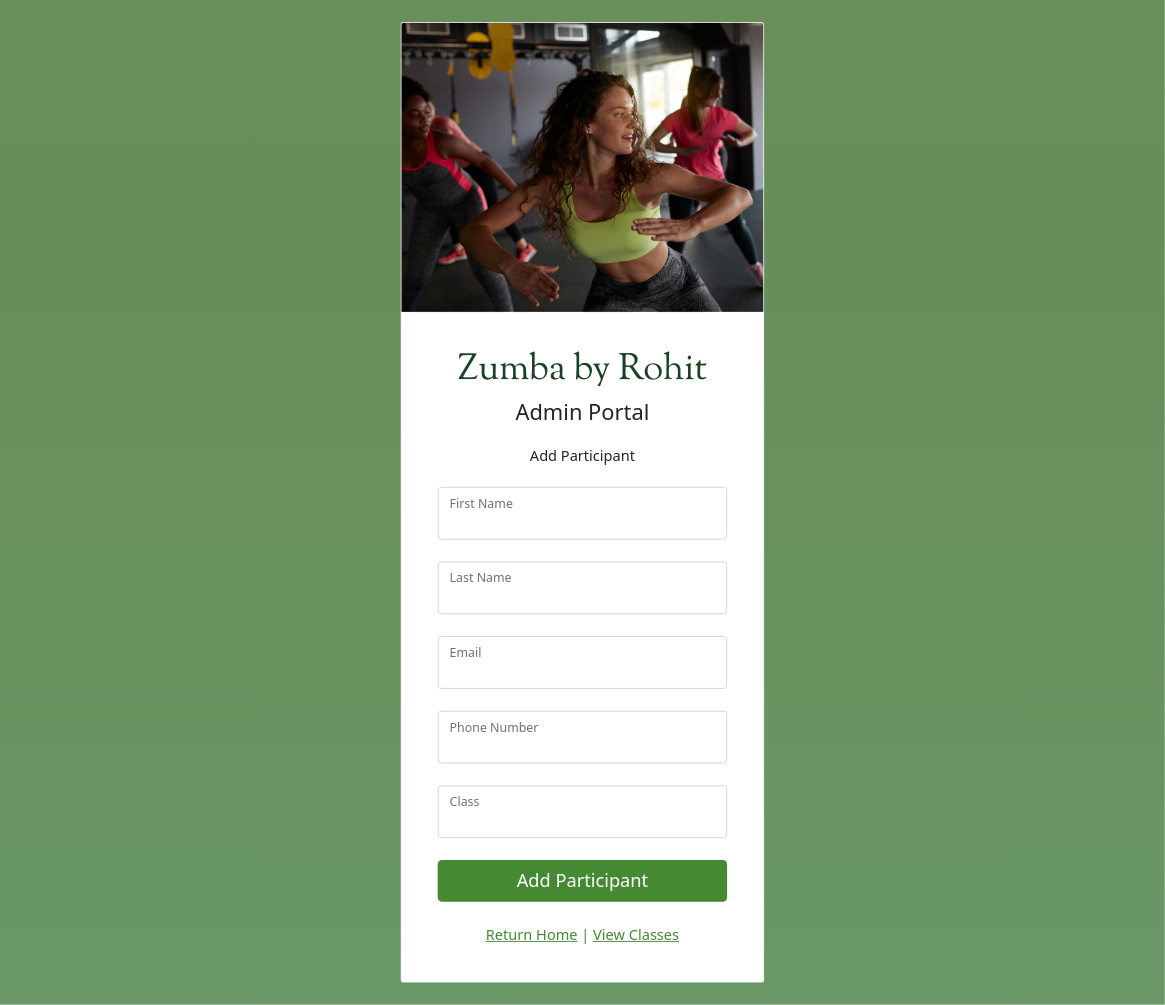
Repository: ronetteguevara/CalTech-ZumbaApp
Page: http://localhost/ZumbaApp/add-participant.html
The author's editor kept a copy of each file at every save. The page is drawn from the files as they stood at one save, then again after the next save.
The browser window is 1280 px wide. The pictures show the whole page, at 91% of full size.
The page is served by Tomcat 10.

Above is the page before, as saved 2024-05-02 23:50:55.

After the next save:
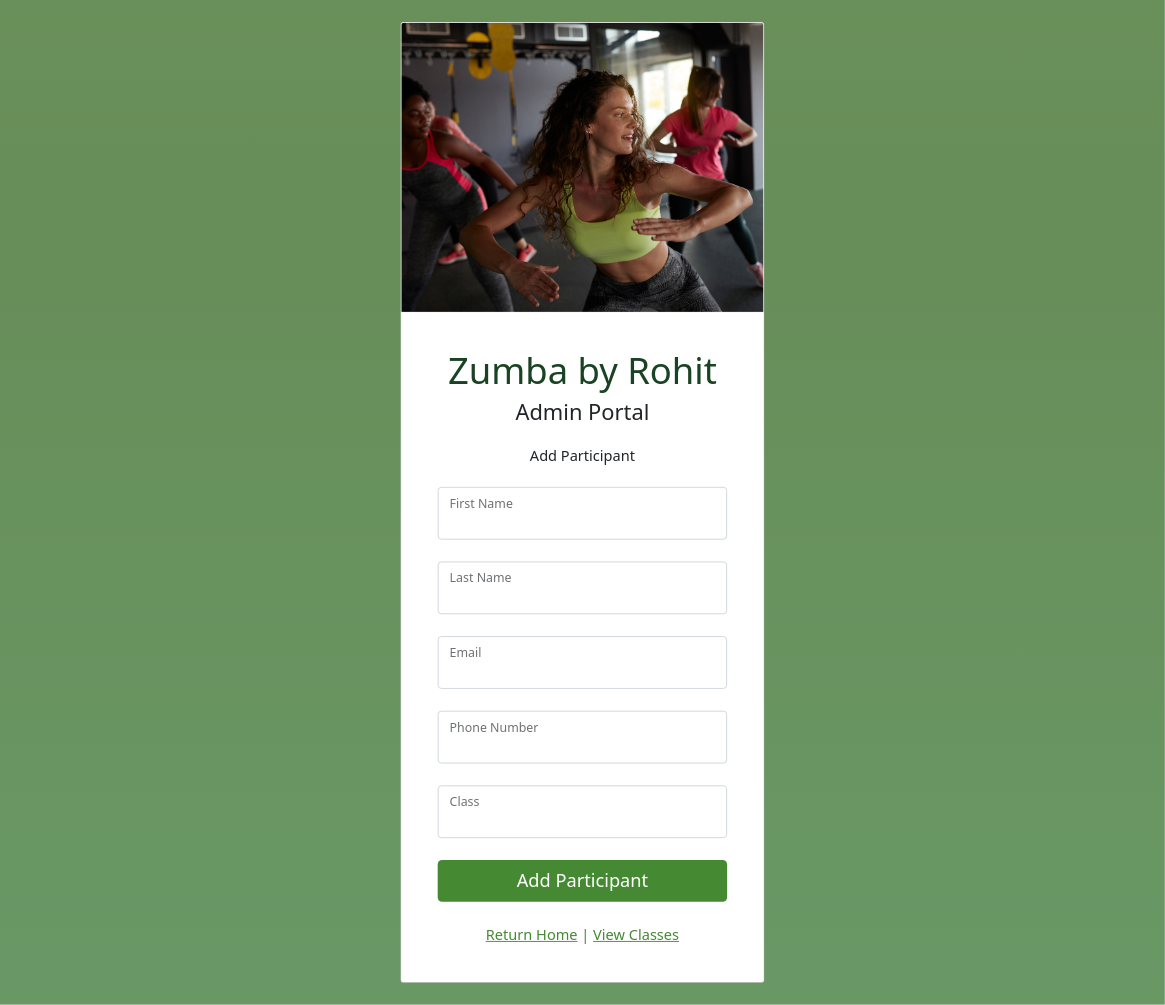
Saved 97 s later.
--- a/ZumbaApp/ZumbaApp/src/main/webapp/style.css
+++ b/ZumbaApp/ZumbaApp/src/main/webapp/style.css
@@ -22,7 +22,6 @@ a:visited {
 }
 
 h1 {
-	font-family: Sorts-Mill-Goudy-Regular;
 	color: #1a4324;
 }
 
